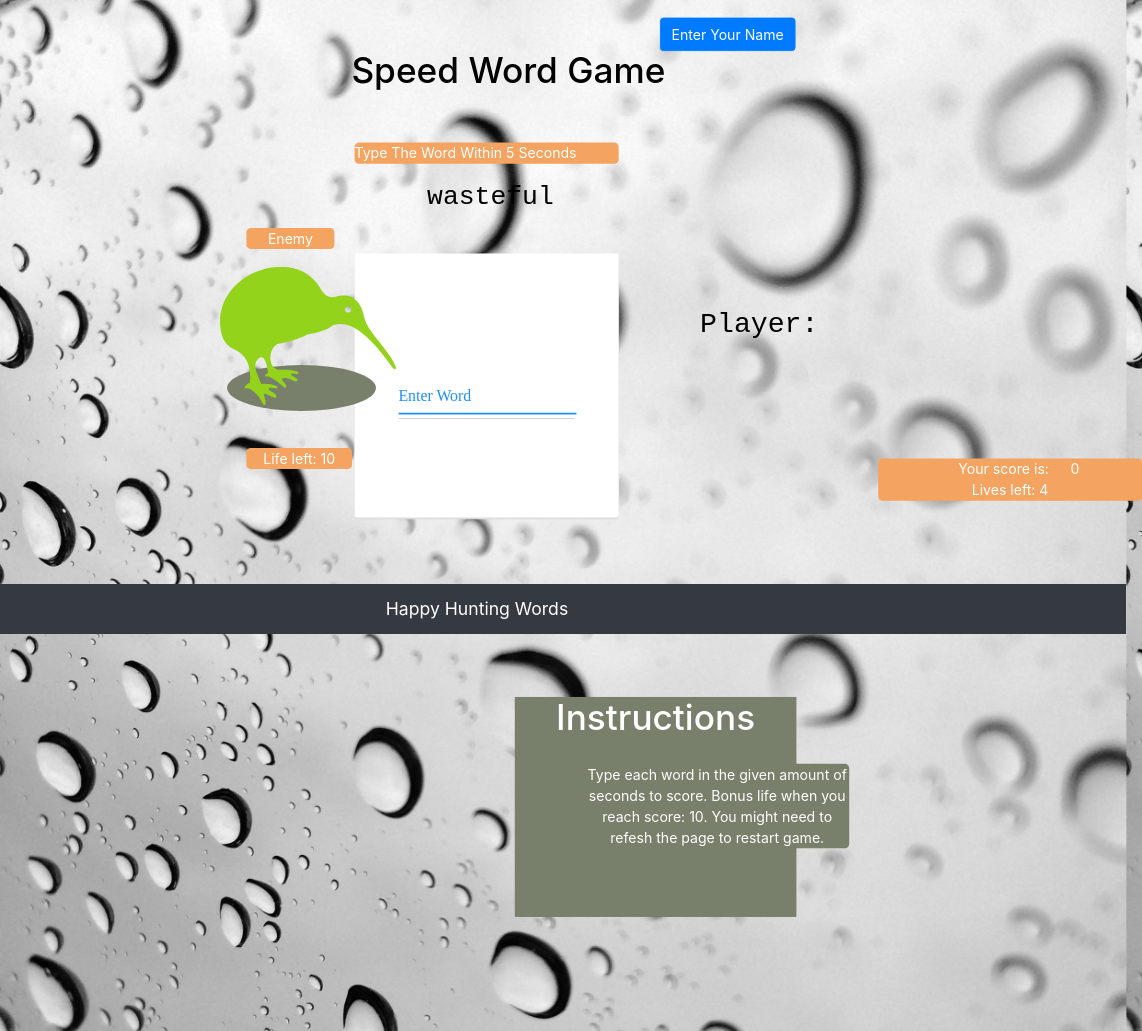
Repository: konstantin0s/word-game-project
Page: modal.html
The author's editor kept a copy of each file at every save. The page is drawn from the files as they stood at one save, then again after the next save.
The browser window is 1280 px wide. The page is 1298 px wide, so the pictures cover 1298 px, including what lies to the right of the window. The pictures show the whole page, at 88% of full size.
Backgrounds fixed to the window are drawn as part of the page. Some web libraries are served in a nearby version.

Above is the page before, as saved 2019-02-14 11:12:16.

After the next save:
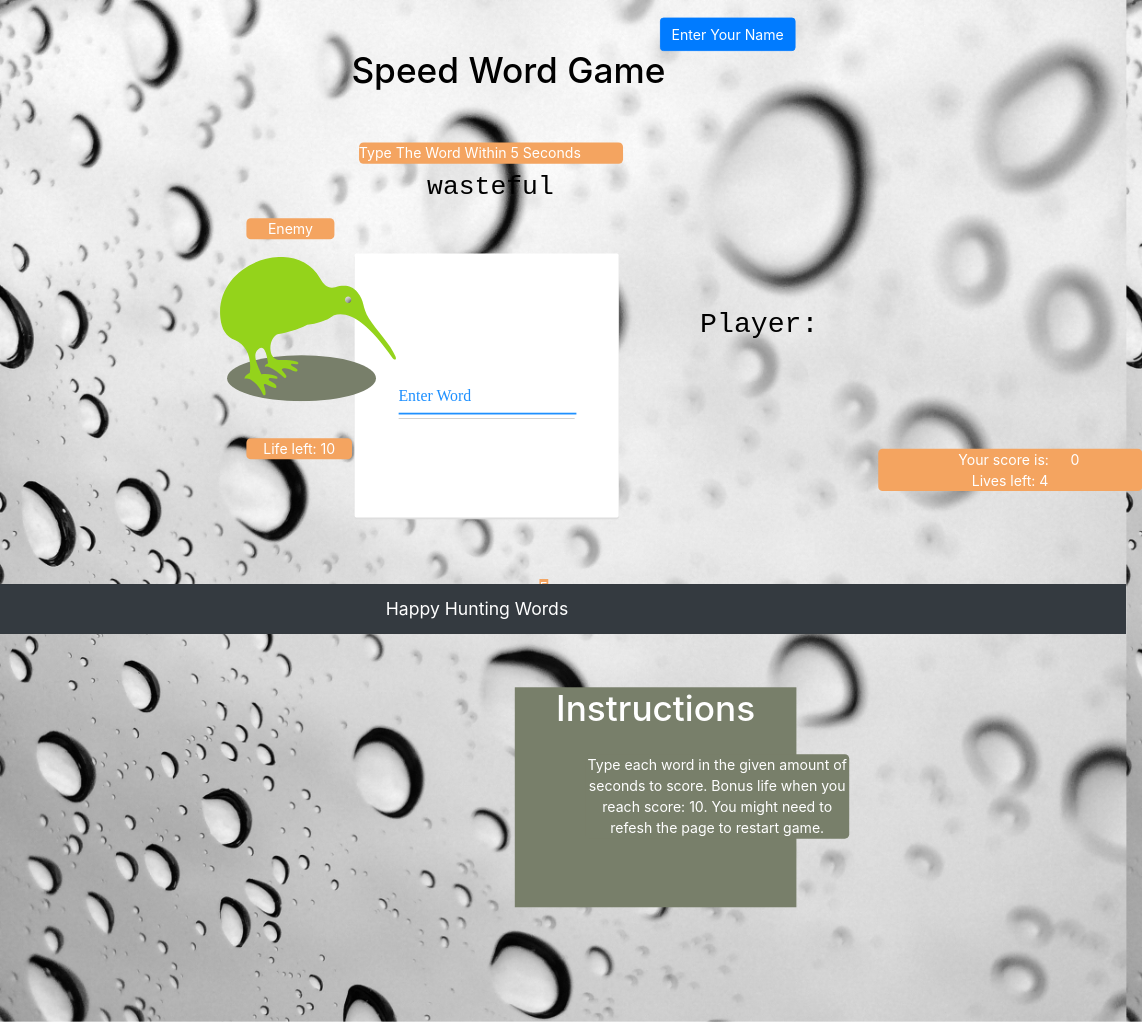
Saved 28 s later.
--- a/css/style.css
+++ b/css/style.css
@@ -149,6 +149,10 @@ font {
   left: 330px;
   color: white;
   background-color: sandybrown;
+  margin: 5px;
+}
+
+.type {
   margin: 5px;
 }
 
